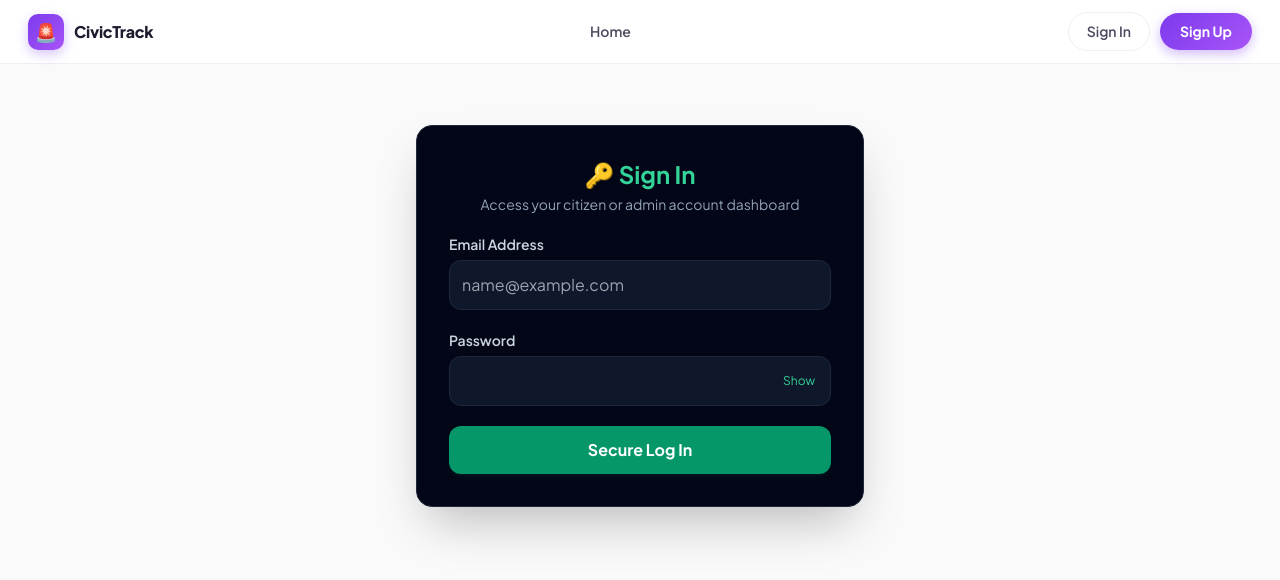
Repository: pugazhendhiprem3-cp/local-issue-management-system-.-.-.
Page: /login (app in my-react-app/)
An editor plug-in stored every save of this project. The page is shown before and after a run of saves, followed by the edit.
The browser window is 1280 px wide. The pictures show the whole page.
The project was rebuilt for these pictures with package versions that can differ from the ones it lists, and the page was loaded fresh each time. Also part of the build but not shown: my-react-app/vite.config.js, my-react-app/src/pages/CreateIssue.jsx, my-react-app/src/pages/IssuesFeed.jsx, my-react-app/src/pages/Signup.jsx, my-react-app/src/pages/AuthDashBoard.jsx.

Above is the page before, as saved 2026-05-26 16:51:06.

### my-react-app/index.html
<!doctype html>
<html lang="en">
  <head>
    <meta charset="UTF-8" />
    <link rel="icon" type="image/svg+xml" href="/favicon.svg" />
    <meta name="viewport" content="width=device-width, initial-scale=1.0" />
    <title>my-react-app</title>
  </head>
  <body>
    <div id="root"></div>
    <script type="module" src="/src/main.jsx"></script>
  </body>
</html>

### my-react-app/src/App.jsx
import React, { useState, useEffect } from 'react';
import { BrowserRouter as Router, Routes, Route, Link, useLocation } from 'react-router-dom';
import CreateIssue from './pages/CreateIssue';
import IssuesFeed from './pages/IssuesFeed';
import Login from './pages/Login';
import Signup from './pages/Signup';
import AdminDashboard from './pages/AuthDashboard';
import API from './services/api';
import { Toaster } from 'sonner';

// ── ANIMATED COUNTER ──────────────────────────────────────────────────────────
const useCounter = (target, delay = 0) => {
  const [val, setVal] = useState(0);
  useEffect(() => {
    const end = parseInt(target) || 0;
    if (end === 0) { setVal(0); return; }
    let current = 0;
    const step = Math.max(Math.ceil(end / 40), 1);
    const t = setTimeout(() => {
      const id = setInterval(() => {
        current = Math.min(current + step, end);
        setVal(current);
        if (current >= end) clearInterval(id);
      }, 30);
      return () => clearInterval(id);
    }, delay);
    return () => clearTimeout(t);
  }, [target, delay]);
  return val;
};

// ── STAT CARD ─────────────────────────────────────────────────────────────────
const StatCard = ({ label, count, emoji, bg, textColor, numColor, delay }) => {
  const displayed = useCounter(count, delay);
  return (
    <div style={{
      background: bg,
      borderRadius: '20px',
      padding: '28px 24px',
      display: 'flex', flexDirection: 'column', gap: '8px',
      animation: 'popIn 0.5s cubic-bezier(0.34,1.56,0.64,1) both',
      animationDelay: `${delay}ms`,
    }}>
      <span style={{ fontSize: '32px', lineHeight: 1 }}>{emoji}</span>
      <div style={{ fontSize: '44px', fontWeight: 800, color: numColor, lineHeight: 1, letterSpacing: '-2px', fontFamily: "'Plus Jakarta Sans', sans-serif" }}>
        {displayed}
      </div>
      <div style={{ fontSize: '14px', fontWeight: 600, color: textColor, letterSpacing: '0.01em' }}>
        {label}
      </div>
    </div>
  );
};

// ── HOME ──────────────────────────────────────────────────────────────────────
const Home = () => {
  const [stats, setStats] = useState({ PENDING: 0, IN_PROGRESS: 0, RESOLVED: 0, REJECTED: 0, total: 0 });
  const [loading, setLoading] = useState(true);

  useEffect(() => {
    API.get('/issues')
      .then(res => {
        const issues = res.data || [];
        const c = { PENDING: 0, IN_PROGRESS: 0, RESOLVED: 0, REJECTED: 0 };
        issues.forEach(i => { const s = i.status?.toUpperCase(); if (c[s] !== undefined) c[s]++; });
        setStats({ ...c, total: issues.length });
      })
      .catch(() => {})
      .finally(() => setLoading(false));
  }, []);

  return (
    <div style={{ maxWidth: '860px', margin: '0 auto', padding: '56px 24px 80px' }}>

      {/* HERO */}
      <div style={{ textAlign: 'center', marginBottom: '64px', animation: 'fadeUp 0.6s ease both' }}>
        <div style={{
          display: 'inline-flex', alignItems: 'center', gap: '8px',
          background: '#FFF0F9', border: '1px solid #F9C0E0',
          borderRadius: '99px', padding: '6px 16px',
          fontSize: '13px', fontWeight: 600, color: '#C2185B',
          marginBottom: '24px',
        }}>
          <span style={{ width: '7px', height: '7px', borderRadius: '50%', background: '#E91E8C', display: 'inline-block', animation: 'pulse 2s ease infinite' }} />
          Live Community Dashboard
        </div>

        <h1 style={{
          fontFamily: "'Plus Jakarta Sans', sans-serif",
          fontSize: 'clamp(32px, 6vw, 58px)',
          fontWeight: 800, color: '#1E1B2E',
          lineHeight: 1.1, margin: '0 0 18px',
          letterSpacing: '-1.5px',
        }}>
          Your Neighbourhood,<br />
          <span style={{ color: '#7C3AED' }}>Your Voice</span>
        </h1>

        <p style={{ fontSize: '17px', color: '#6B6B80', lineHeight: 1.75, maxWidth: '500px', margin: '0 auto' }}>
          Report local issues, track their progress, and see your community problems get resolved — transparently.
        </p>
      </div>

      {/* DIVIDER LABEL */}
      <div style={{ textAlign: 'center', marginBottom: '32px', animation: 'fadeUp 0.6s ease 0.1s both' }}>
        <span style={{ fontSize: '13px', fontWeight: 600, color: '#9B9BAA', textTransform: 'uppercase', letterSpacing: '0.1em' }}>
          {loading ? 'Loading stats...' : `${stats.total} total reports`}
        </span>
      </div>

      {/* STAT GRID */}
      {!loading && (
        <div style={{ display: 'grid', gridTemplateColumns: 'repeat(auto-fit, minmax(170px, 1fr))', gap: '16px', marginBottom: '48px' }}>
          <StatCard label="Pending Review"  count={stats.PENDING}     emoji="⏳" bg="#FFF8E6" textColor="#92600A" numColor="#D97706" delay={0}   />
          <StatCard label="In Progress"     count={stats.IN_PROGRESS} emoji="🔧" bg="#EEF3FF" textColor="#3B4CB8" numColor="#4F46E5" delay={100} />
          <StatCard label="Resolved"        count={stats.RESOLVED}    emoji="✅" bg="#EDFAF4" textColor="#1A7A4A" numColor="#16A34A" delay={200} />
          <StatCard label="Rejected"        count={stats.REJECTED}    emoji="❌" bg="#FFF0F0" textColor="#9B1C1C" numColor="#DC2626" delay={300} />
        </div>
      )}

      {/* HOW IT WORKS */}
      <div style={{
        background: '#F8F7FF', borderRadius: '24px', padding: '40px 36px',
        animation: 'fadeUp 0.6s ease 0.3s both',
      }}>
        <h2 style={{ fontFamily: "'Plus Jakarta Sans', sans-serif", fontSize: '22px', fontWeight: 700, color: '#1E1B2E', margin: '0 0 28px', textAlign: 'center' }}>
          How it works
        </h2>
        <div style={{ display: 'grid', gridTemplateColumns: 'repeat(auto-fit, minmax(160px, 1fr))', gap: '24px', textAlign: 'center' }}>
          {[
            { step: '1', emoji: '📝', title: 'Sign Up', desc: 'Create a free account in seconds' },
            { step: '2', emoji: '📸', title: 'Report', desc: 'Submit an issue with photos & location' },
            { step: '3', emoji: '🔔', title: 'Track', desc: 'Follow your report live as it progresses' },
            { step: '4', emoji: '🎉', title: 'Resolved', desc: 'Authority fixes it and marks it done' },
          ].map(item => (
            <div key={item.step} style={{ display: 'flex', flexDirection: 'column', alignItems: 'center', gap: '10px' }}>
              <div style={{
                width: '52px', height: '52px', borderRadius: '16px',
                background: '#EDE9FF', display: 'flex', alignItems: 'center', justifyContent: 'center',
                fontSize: '24px',
              }}>{item.emoji}</div>
              <div style={{ fontSize: '14px', fontWeight: 700, color: '#1E1B2E' }}>{item.title}</div>
              <div style={{ fontSize: '13px', color: '#6B6B80', lineHeight: 1.5 }}>{item.desc}</div>
            </div>
          ))}
        </div>
      </div>

    </div>
  );
};

// ── NAVBAR ────────────────────────────────────────────────────────────────────
const Navbar = ({ isAuthenticated, role, handleLogout }) => {
  const location = useLocation();
  const active = (path) => location.pathname === path;

  const NavLink = ({ to, children }) => (
    <Link to={to} style={{
      fontSize: '14px', fontWeight: 600,
      color: active(to) ? '#7C3AED' : '#4B4B60',
      textDecoration: 'none',
      padding: '6px 14px', borderRadius: '99px',
      background: active(to) ? '#F0EBFF' : 'transparent',
      transition: 'all 0.15s',
    }}
      onMouseEnter={e => { if (!active(to)) { e.currentTarget.style.background = '#F5F3FF'; e.currentTarget.style.color = '#7C3AED'; } }}
      onMouseLeave={e => { if (!active(to)) { e.currentTarget.style.background = 'transparent'; e.currentTarget.style.color = '#4B4B60'; } }}
    >
      {children}
    </Link>
  );

  return (
    <nav style={{
      background: 'rgba(255,255,255,0.92)',
      backdropFilter: 'blur(16px)',
      borderBottom: '1px solid #EEEEF5',
      padding: '0 28px',
      height: '64px',
      display: 'flex', alignItems: 'center', justifyContent: 'space-between',
      position: 'sticky', top: 0, zIndex: 100,
    }}>
      {/* LOGO */}
      <Link to="/" style={{ textDecoration: 'none', display: 'flex', alignItems: 'center', gap: '10px' }}>
        <div style={{
          width: '36px', height: '36px', borderRadius: '10px',
          background: 'linear-gradient(135deg, #7C3AED 0%, #A855F7 100%)',
          display: 'flex', alignItems: 'center', justifyContent: 'center',
          fontSize: '18px', boxShadow: '0 4px 12px rgba(124,58,237,0.3)',
        }}>🚨</div>
        <span style={{ fontFamily: "'Plus Jakarta Sans', sans-serif", fontWeight: 800, fontSize: '16px', color: '#1E1B2E', letterSpacing: '-0.3px' }}>
          CivicTrack
        </span>
      </Link>

      {/* LINKS */}
      <div style={{ display: 'flex', alignItems: 'center', gap: '4px' }}>
        <NavLink to="/">Home</NavLink>

        {isAuthenticated && (
          <NavLink to="/issues">My Issues</NavLink>
        )}
        {isAuthenticated && role !== 'ADMIN' && <NavLink to="/create-issue">+ Report Issue</NavLink>}
        {isAuthenticated && role === 'ADMIN' && <NavLink to="/admin">Authority Dashboard</NavLink>}
      </div>

      {/* AUTH BUTTONS */}
      <div style={{ display: 'flex', gap: '10px', alignItems: 'center' }}>
        {isAuthenticated ? (
          <button onClick={handleLogout} style={{
            fontSize: '14px', fontWeight: 600,
            background: '#FFF0F0', border: '1px solid #FECACA',
            color: '#DC2626', padding: '8px 18px', borderRadius: '99px',
            cursor: 'pointer', transition: 'all 0.15s',
          }}
            onMouseEnter={e => e.currentTarget.style.background = '#FEE2E2'}
            onMouseLeave={e => e.currentTarget.style.background = '#FFF0F0'}
          >
            Sign Out
          </button>
        ) : (
          <>
            <Link to="/login" style={{
              fontSize: '14px', fontWeight: 600, color: '#4B4B60',
              textDecoration: 'none', padding: '8px 18px', borderRadius: '99px',
              border: '1px solid #EEEEF5', background: 'white',
              transition: 'all 0.15s', display: 'inline-block',
            }}
              onMouseEnter={e => e.currentTarget.style.borderColor = '#C4B5FD'}
              onMouseLeave={e => e.currentTarget.style.borderColor = '#EEEEF5'}
            >
              Sign In
            </Link>
            <Link to="/signup" style={{
              fontSize: '14px', fontWeight: 700, color: 'white',
              textDecoration: 'none', padding: '8px 20px', borderRadius: '99px',
              background: 'linear-gradient(135deg, #7C3AED, #A855F7)',
              boxShadow: '0 4px 12px rgba(124,58,237,0.35)',
              transition: 'all 0.15s', display: 'inline-block',
            }}
              onMouseEnter={e => e.currentTarget.style.boxShadow = '0 6px 16px rgba(124,58,237,0.45)'}
              onMouseLeave={e => e.currentTarget.style.boxShadow = '0 4px 12px rgba(124,58,237,0.35)'}
            >
              Sign Up
            </Link>
          </>
        )}
      </div>
    </nav>
  );
};

// ── APP ───────────────────────────────────────────────────────────────────────
function App() {
  const [isAuthenticated, setIsAuthenticated] = useState(false);
  const role = localStorage.getItem('role');

  useEffect(() => {
    setIsAuthenticated(!!localStorage.getItem('token'));
  }, []);

  const handleLogout = () => {
    localStorage.removeItem('token');
    localStorage.removeItem('role');
    setIsAuthenticated(false);
    window.location.href = '/';
  };

  return (
    <Router>
      <style>{`
        @import url('https://fonts.googleapis.com/css2?family=Plus+Jakarta+Sans:wght@400;500;600;700;800&display=swap');
        *, *::before, *::after { box-sizing: border-box; margin: 0; padding: 0; }
        body {
          font-family: 'Plus Jakarta Sans', sans-serif;
          background: #FAFAFA;
          color: #1E1B2E;
          min-height: 100vh;
        }
        @keyframes fadeUp {
          from { opacity: 0; transform: translateY(20px); }
          to   { opacity: 1; transform: translateY(0); }
        }
        @keyframes popIn {
          from { opacity: 0; transform: scale(0.88); }
          to   { opacity: 1; transform: scale(1); }
        }
        @keyframes pulse {
          0%, 100% { opacity: 1; transform: scale(1); }
          50%       { opacity: 0.5; transform: scale(0.85); }
        }
        ::-webkit-scrollbar { width: 6px; }
        ::-webkit-scrollbar-track { background: #F0EEFF; }
        ::-webkit-scrollbar-thumb { background: #C4B5FD; border-radius: 99px; }
      `}</style>

      <Toaster
        position="top-right"
        toastOptions={{
          style: {
            fontFamily: "'Plus Jakarta Sans', sans-serif",
            fontSize: '14px',
            borderRadius: '14px',
          }
        }}
      />

      <Navbar isAuthenticated={isAuthenticated} role={role} handleLogout={handleLogout} />

      <Routes>
        <Route path="/"             element={<Home />} />
        <Route path="/issues"       element={<IssuesFeed />} />
        <Route path="/create-issue" element={isAuthenticated && role !== 'ADMIN' ? <CreateIssue /> : <Home />} />
        <Route path="/login"        element={<Login setIsAuthenticated={setIsAuthenticated} />} />
        <Route path="/signup"       element={<Signup />} />
        <Route path="/admin"        element={role === 'ADMIN' ? <AdminDashboard /> : <Home />} />
      </Routes>
    </Router>
  );
}

export default App;

### my-react-app/src/pages/login.jsx
import React, { useState } from 'react';
import axios from 'axios';
import { useNavigate } from 'react-router-dom';
import toast from 'react-hot-toast';

// 🟢 Destructure setIsAuthenticated passed down from App.jsx
const Login = ({ setIsAuthenticated }) => {

    const [loginData, setLoginData] = useState({
        email: '',
        password: ''
    });

    const [loading, setLoading] = useState(false);

    // 🟢 State for password visibility
    const [showPassword, setShowPassword] = useState(false);

    const navigate = useNavigate();

    // 🟢 Dynamically track typing inside inputs
    const handleChange = (e) => {
        setLoginData({
            ...loginData,
            [e.target.name]: e.target.value
        });
    };

    const handleLoginSubmit = async (e) => {
        e.preventDefault();
        setLoading(true);

        try {

            // 🟢 Send credentials to Spring Boot backend
            const response = await axios.post(
                'http://localhost:8080/api/auth/login',
                loginData
            );

            // 🟢 Extract token and role
            const { token, role } = response.data;

            // 🟢 Store auth data in browser
            localStorage.setItem('token', token);
            localStorage.setItem('role', role);

            // 🟢 Update authentication state
            if (setIsAuthenticated) {
                setIsAuthenticated(true);
            }

            toast.success('Login successful');

            // 🟢 Redirect to home page
            navigate('/');

        } catch (err) {

            console.error(err);

            toast.error(
                err.response?.data ||
                'Invalid email or password. Please try again.'
            );

        } finally {
            setLoading(false);
        }
    };

    return (
        <div className="flex justify-center items-center min-h-[70vh]">

            <form
                onSubmit={handleLoginSubmit}
                className="bg-slate-950 border border-slate-800 p-8 rounded-2xl shadow-2xl w-full max-w-md space-y-5"
            >

                {/* Header */}
                <div className="text-center">
                    <h2 className="text-2xl font-bold text-emerald-400">
                        🔑 Sign In
                    </h2>

                    <p className="text-slate-400 text-sm mt-1">
                        Access your citizen or admin account dashboard
                    </p>
                </div>

                {/* Email Input */}
                <div>
                    <label className="block text-sm font-semibold text-slate-300 mb-1.5">
                        Email Address
                    </label>

                    <input
                        type="email"
                        name="email"
                        value={loginData.email}
                        onChange={handleChange}
                        required
                        placeholder="name@example.com"
                        className="w-full p-3 rounded-xl bg-slate-900 border border-slate-800 focus:outline-none focus:border-emerald-500 text-slate-100 transition-colors"
                    />
                </div>

                {/* Password Input */}
                <div>

                    <label className="block text-sm font-semibold text-slate-300 mb-1.5">
                        Password
                    </label>

                    <div className="relative">

                        <input
                            type={showPassword ? 'text' : 'password'}
                            name="password"
                            value={loginData.password}
                            onChange={handleChange}
                            required
                            //placeholder="Enter Password"
                            className="w-full p-3 pr-16 rounded-xl bg-slate-900 border border-slate-800 focus:outline-none focus:border-emerald-500 text-slate-100 transition-colors"
                        />

                        {/* Show / Hide Button */}
                        <button
                            type="button"
                            onClick={() => setShowPassword(!showPassword)}
                            className="absolute right-4 top-1/2 -translate-y-1/2 text-xs text-emerald-400 hover:text-emerald-300 z-10"
                        >
                            {showPassword ? 'Hide' : 'Show'}
                        </button>

                    </div>

                </div>

                {/* Submit Button */}
                <button
                    type="submit"
                    disabled={loading}
                    className="w-full bg-emerald-600 hover:bg-emerald-500 disabled:bg-emerald-800 text-white font-bold p-3 rounded-xl transition duration-200 shadow-md shadow-emerald-900/20"
                >
                    {loading ? 'Authenticating...' : 'Secure Log In'}
                </button>

            </form>

        </div>
    );
};

export default Login;

### my-react-app/src/services/api.js
import axios from 'axios';

const API = axios.create({
    baseURL: 'http://localhost:8080'
});

// Automatically intercept every outgoing HTTP request and attach the JWT token
API.interceptors.request.use((config) => {
    const token = localStorage.getItem('token');
    if (token) {
        config.headers.Authorization = `Bearer ${token}`;
    }
    return config;
}, (error) => {
    return Promise.reject(error);
});

export default API;

Loaded but not shown: my-react-app/src/main.jsx (common file); my-react-app/src/index.css (common file); my-react-app/tailwind.config.js (common file)

After the next 2 saves:
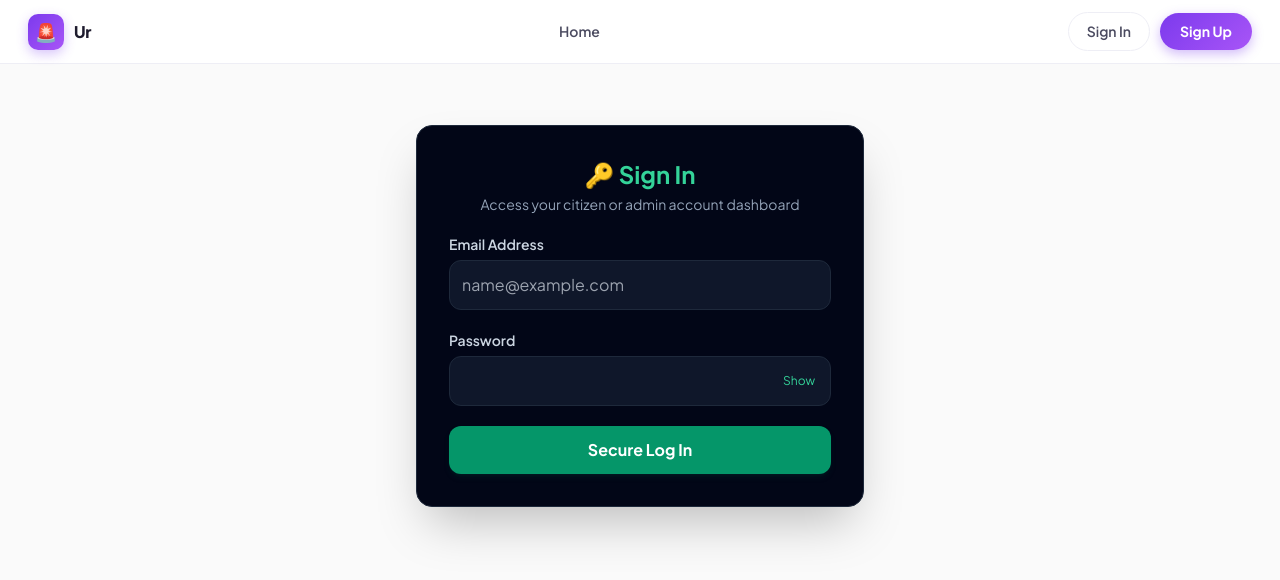
The 2 saves are shown as one change because they came seconds apart.
The last was saved 3 min 12 s later.
--- a/my-react-app/src/App.jsx
+++ b/my-react-app/src/App.jsx
@@ -190,7 +190,7 @@ const Navbar = ({ isAuthenticated, role, handleLogout }) => {
           fontSize: '18px', boxShadow: '0 4px 12px rgba(124,58,237,0.3)',
         }}>🚨</div>
         <span style={{ fontFamily: "'Plus Jakarta Sans', sans-serif", fontWeight: 800, fontSize: '16px', color: '#1E1B2E', letterSpacing: '-0.3px' }}>
-          CivicTrack
+          Ur
         </span>
       </Link>
 
